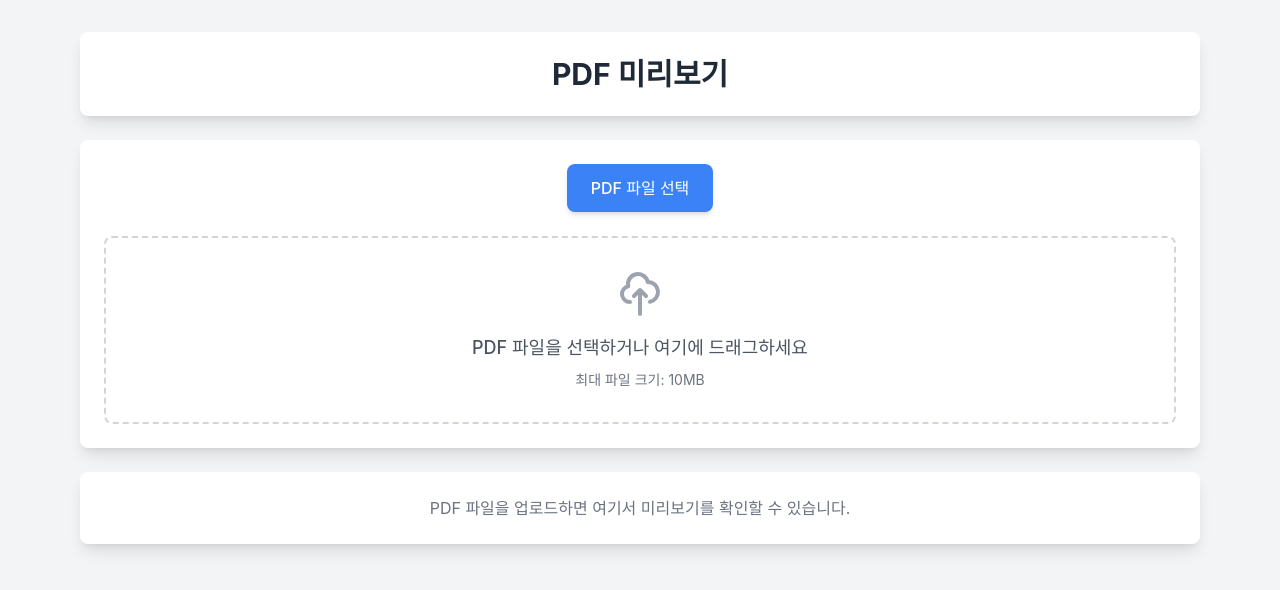
Repository: orcaCrew/PDF-Handler
Page: /
The author's editor kept a copy of each file at every save. The page is drawn from the files as they stood at one save, then again after the next save.
The browser window is 1280 px wide. The pictures show the whole page.
The project was rebuilt for these pictures with package versions that can differ from the ones it lists, and the page was loaded fresh each time.

Above is the page before, as saved 2025-07-18 13:57:09.

### public/index.html
<!DOCTYPE html>
<html lang="ko">
  <head>
    <meta charset="utf-8" />
    <link rel="icon" href="%PUBLIC_URL%/favicon.ico" />
    <meta name="viewport" content="width=device-width, initial-scale=1" />
    <meta name="theme-color" content="#000000" />
    <meta
      name="description"
      content="PDF 파일 미리보기 애플리케이션"
    />
    <title>PDF 미리보기</title>
  </head>
  <body>
    <noscript>이 앱을 실행하려면 JavaScript를 활성화해야 합니다.</noscript>
    <div id="root"></div>
  </body>
</html>

### src/App.js
import React, { useState, useRef } from 'react';
import { Document, Page, pdfjs } from 'react-pdf';
import 'react-pdf/dist/esm/Page/AnnotationLayer.css';
import 'react-pdf/dist/esm/Page/TextLayer.css';

// PDF.js 워커 설정
pdfjs.GlobalWorkerOptions.workerSrc = `//cdnjs.cloudflare.com/ajax/libs/pdf.js/${pdfjs.version}/pdf.worker.min.js`;

function App() {
  const [file, setFile] = useState(null);
  const [numPages, setNumPages] = useState(null);
  const [pageNumber, setPageNumber] = useState(1);
  const [loading, setLoading] = useState(false);
  const [isDragOver, setIsDragOver] = useState(false);
  const fileInputRef = useRef(null);

  const onFileChange = (event) => {
    const { files } = event.target;
    if (files && files[0]) {
      setFile(files[0]);
      setPageNumber(1);
    }
    // 파일 선택 후 input 값을 초기화하여 같은 파일을 다시 선택할 수 있도록 함
    event.target.value = '';
  };

  const handleDragOver = (e) => {
    e.preventDefault();
    setIsDragOver(true);
  };

  const handleDragLeave = (e) => {
    e.preventDefault();
    setIsDragOver(false);
  };

  const handleDrop = (e) => {
    e.preventDefault();
    setIsDragOver(false);

    const droppedFiles = e.dataTransfer.files;
    if (droppedFiles && droppedFiles[0]) {
      const droppedFile = droppedFiles[0];
      if (droppedFile.type === 'application/pdf') {
        setFile(droppedFile);
        setPageNumber(1);
      } else {
        alert('PDF 파일만 업로드 가능합니다.');
      }
    }
  };

  const onDocumentLoadSuccess = ({ numPages }) => {
    setNumPages(numPages);
    setLoading(false);
  };

  const onDocumentLoadError = (error) => {
    console.error('PDF 로드 오류:', error);
    setLoading(false);
  };

  const changePage = (offset) => {
    setPageNumber(prevPageNumber => prevPageNumber + offset);
  };

  const previousPage = () => {
    changePage(-1);
  };

  const nextPage = () => {
    changePage(1);
  };

  return (
    <div className="min-h-screen bg-gray-100 py-8">
      <div className="max-w-6xl mx-auto px-4 space-y-6">

        {/* 제목 영역 */}
        <div className="bg-white rounded-lg shadow-lg p-6">
          <h1 className="text-3xl font-bold text-gray-800 text-center">
            PDF 미리보기
          </h1>
        </div>

        {/* PDF 선택 버튼 영역 */}
        <div className="bg-white rounded-lg shadow-lg p-6">
          <div className="flex justify-center">
            <button
              onClick={() => {
                fileInputRef.current?.click();
              }}
              className="px-6 py-3 bg-blue-500 text-white rounded-lg hover:bg-blue-600 transition-colors font-medium shadow-md"
            >
              {file ? 'PDF 파일 변경' : 'PDF 파일 선택'}
            </button>
          </div>

          {/* 숨겨진 파일 input - 항상 존재 */}
          <input
            ref={fileInputRef}
            type="file"
            accept=".pdf"
            onChange={onFileChange}
            className="hidden"
            id="file-upload"
          />

          {/* 파일 업로드 영역 - PDF가 선택되지 않았을 때만 표시 */}
          {!file && (
            <div className="mt-6">
              <div
                className={`border-2 border-dashed rounded-lg p-8 text-center transition-colors ${
                  isDragOver
                    ? 'border-blue-500 bg-blue-50'
                    : 'border-gray-300 hover:border-blue-400'
                }`}
                onDragOver={handleDragOver}
                onDragLeave={handleDragLeave}
                onDrop={handleDrop}
              >
                <label
                  htmlFor="file-upload"
                  className="cursor-pointer flex flex-col items-center"
                >
                  <svg
                    className="w-12 h-12 text-gray-400 mb-4"
                    fill="none"
                    stroke="currentColor"
                    viewBox="0 0 24 24"
                  >
                    <path
                      strokeLinecap="round"
                      strokeLinejoin="round"
                      strokeWidth={2}
                      d="M7 16a4 4 0 01-.88-7.903A5 5 0 1115.9 6L16 6a5 5 0 011 9.9M15 13l-3-3m0 0l-3 3m3-3v12"
                    />
                  </svg>
                  <span className="text-lg font-medium text-gray-600">
                    PDF 파일을 선택하거나 여기에 드래그하세요
                  </span>
                  <span className="text-sm text-gray-500 mt-2">
                    최대 파일 크기: 10MB
                  </span>
                </label>
              </div>
            </div>
          )}
        </div>

        {/* PDF 미리보기 영역 */}
        {file && (
          <div className="bg-white rounded-lg shadow-lg p-6">
            <div className="space-y-6">
              <div className="flex items-center justify-between">
                <h2 className="text-xl font-semibold text-gray-800">
                  {file.name}
                </h2>
                <div className="flex items-center space-x-4">
                  <button
                    type="button"
                    disabled={pageNumber <= 1}
                    onClick={previousPage}
                    className="px-4 py-2 bg-blue-500 text-white rounded-lg hover:bg-blue-600 disabled:bg-gray-300 disabled:cursor-not-allowed transition-colors"
                  >
                    이전
                  </button>
                  <span className="text-gray-600">
                    페이지 {pageNumber} / {numPages || '...'}
                  </span>
                  <button
                    type="button"
                    disabled={pageNumber >= numPages}
                    onClick={nextPage}
                    className="px-4 py-2 bg-blue-500 text-white rounded-lg hover:bg-blue-600 disabled:bg-gray-300 disabled:cursor-not-allowed transition-colors"
                  >
                    다음
                  </button>
                </div>
              </div>

              <div className="flex justify-center">
                <div className="border border-gray-300 rounded-lg shadow-lg bg-white">
                  {loading && (
                    <div className="flex items-center justify-center p-8">
                      <div className="animate-spin rounded-full h-8 w-8 border-b-2 border-blue-500"></div>
                      <span className="ml-2 text-gray-600">PDF 로딩 중...</span>
                    </div>
                  )}
                  <Document
                    file={file}
                    onLoadSuccess={onDocumentLoadSuccess}
                    onLoadError={onDocumentLoadError}
                    onLoadStart={() => setLoading(true)}
                    loading={
                      <div className="flex items-center justify-center p-8">
                        <div className="animate-spin rounded-full h-8 w-8 border-b-2 border-blue-500"></div>
                        <span className="ml-2 text-gray-600">PDF 로딩 중...</span>
                      </div>
                    }
                  >
                    <Page
                      pageNumber={pageNumber}
                      width={Math.min(window.innerWidth - 100, 800)}
                      renderTextLayer={false}
                      renderAnnotationLayer={false}
                    />
                  </Document>
                </div>
              </div>
            </div>
          </div>
        )}

        {/* 안내 메시지 영역 */}
        {!file && (
          <div className="bg-white rounded-lg shadow-lg p-6">
            <div className="text-center text-gray-500">
              <p>PDF 파일을 업로드하면 여기서 미리보기를 확인할 수 있습니다.</p>
            </div>
          </div>
        )}

      </div>
    </div>
  );
}

export default App;

Loaded but not shown: src/index.js (common file); src/index.css (common file); tailwind.config.js (common file)

After the next save:
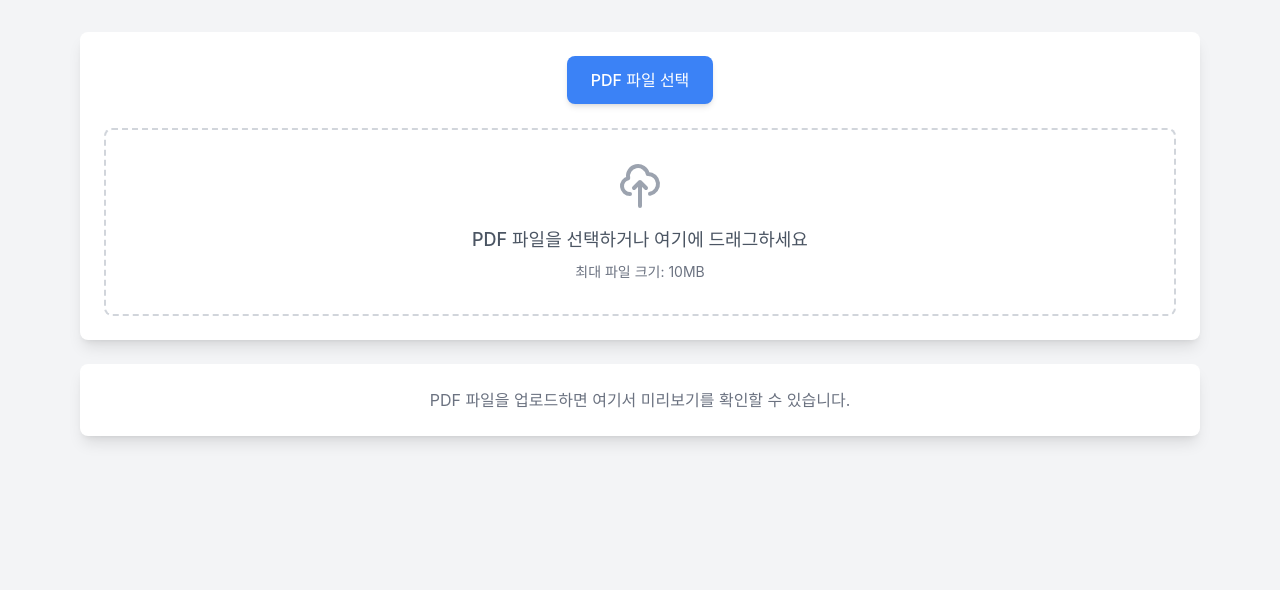
Saved 41 s later.
--- a/src/App.js
+++ b/src/App.js
@@ -77,11 +77,11 @@ function App() {
       <div className="max-w-6xl mx-auto px-4 space-y-6">
 
         {/* 제목 영역 */}
-        <div className="bg-white rounded-lg shadow-lg p-6">
+        {/* <div className="bg-white rounded-lg shadow-lg p-6">
           <h1 className="text-3xl font-bold text-gray-800 text-center">
             PDF 미리보기
           </h1>
-        </div>
+        </div> */}
 
         {/* PDF 선택 버튼 영역 */}
         <div className="bg-white rounded-lg shadow-lg p-6">
